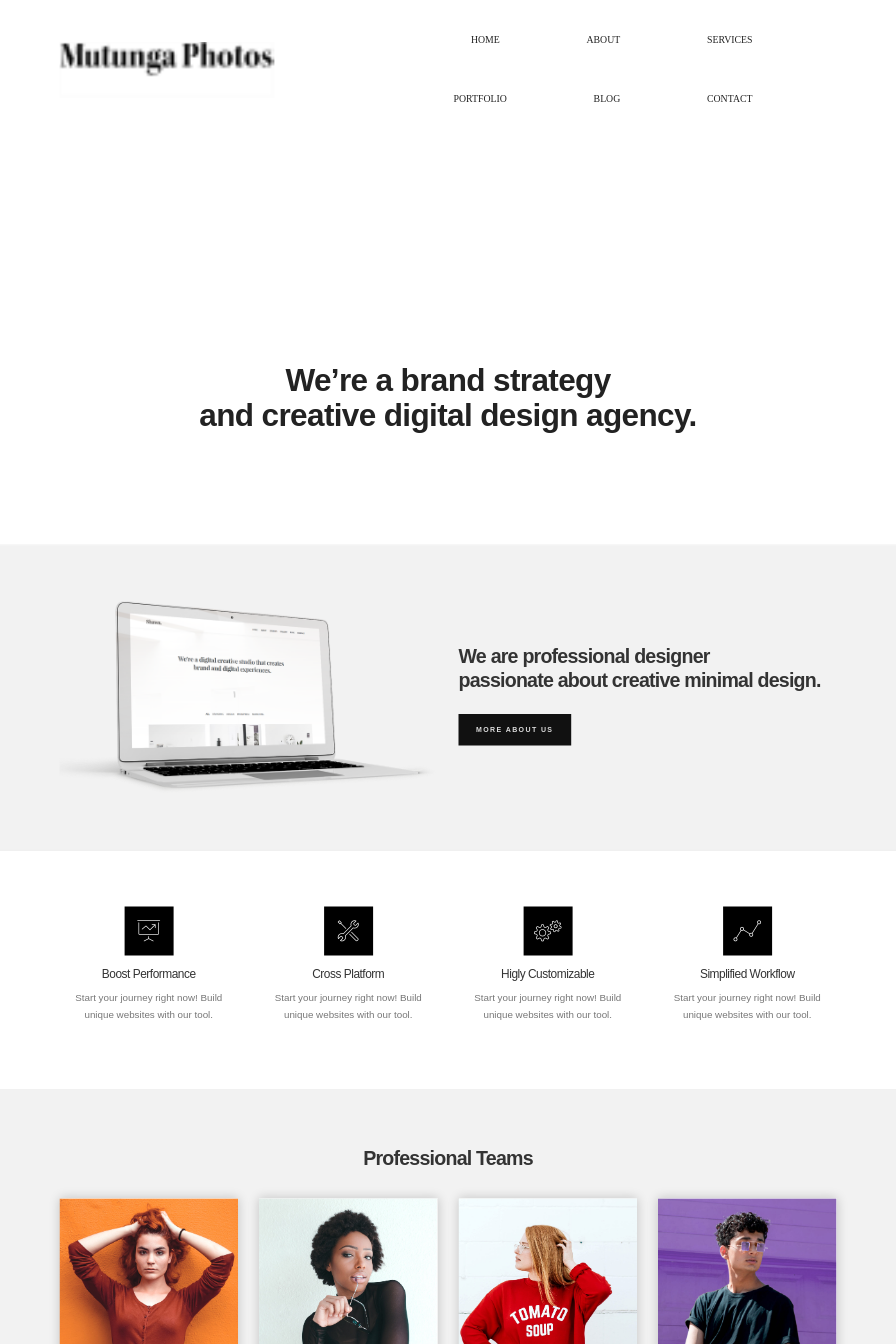
Repository: Jonar254/mutunga-concept-01
Page: about.html
An editor plug-in stored every save of this project. The page is shown before and after the next save, followed by the edit.
The browser window is 1280 px wide. The pictures show the part of the page from y = 0 to 1920 px (the page is 3455 px tall before and 3405 px after), at 70% of full size.
Some web fonts or font styles are not loaded; a fallback is used.

Above is the page before, as saved 2024-07-02 18:39:47.

### about.html
<!doctype html>
<!--[if lt IE 7]>      <html class="no-js lt-ie9 lt-ie8 lt-ie7" lang=""> <![endif]-->
<!--[if IE 7]>         <html class="no-js lt-ie9 lt-ie8" lang=""> <![endif]-->
<!--[if IE 8]>         <html class="no-js lt-ie9" lang=""> <![endif]-->
<!--[if gt IE 8]><!--> <html class="no-js" lang="en"> <!--<![endif]-->

<!-- Mirrored from html.dynamiclayers.net/it/stela/about.html by HTTrack Website Copier/3.x [XR&CO'2014], Sun, 30 Jun 2024 17:14:58 GMT -->
<head>
        <meta charset="utf-8">
        <meta name="viewport" content="width=device-width, initial-scale=1">
		<meta name="description" content="">
        <meta name="author" content="IconicThemes">

        <title>Stela || minimal portfolio template</title>

		<link rel="shortcut icon" type="image/x-icon" href="img/favicon.png">

        <!-- Font Awesome Icons CSS -->
        <link rel="stylesheet" href="css/font-awesome.min.css">
        <!-- Themify Icons CSS -->
        <link rel="stylesheet" href="css/themify-icons.css">
        <!-- Elegant Font Icons CSS -->
        <link rel="stylesheet" href="css/elegant-font-icons.css">
        <!-- Elegant Line Icons CSS -->
        <link rel="stylesheet" href="css/elegant-line-icons.css">
        <!-- Animate Min CSS -->
        <link rel="stylesheet" href="css/animate.min.css">
		<!-- Bootstrap CSS -->
        <link rel="stylesheet" href="css/bootstrap.min.css">
		<!-- Venobox CSS -->
        <link rel="stylesheet" href="css/venobox/venobox.css">
		<!-- OWL-Carousel CSS -->
        <link rel="stylesheet" href="css/owl.carousel.css">
        <!-- Slick Nav CSS -->
        <link rel="stylesheet" href="css/slicknav.min.css">
		<!-- Main CSS -->
        <link rel="stylesheet" href="css/main.css">
		<!-- Responsive CSS -->
        <link rel="stylesheet" href="css/responsive.css">

        <script src="js/vendor/modernizr-2.8.3-respond-1.4.2.min.js"></script>
    </head>
    <body>
        <!--[if lt IE 8]>
            <p class="browserupgrade">You are using an <strong>outdated</strong> browser. Please <a href="http://browsehappy.com/">upgrade your browser</a> to improve your experience.</p>
        <![endif]-->

        <div class="site-preloader-wrap">
            <div class="spinner"></div>
        </div><!-- Preloader -->

        <header id="header" class="header-section">
            <div class="container">
                <div class="row d-flex align-items-center">
                    <div class="col-md-4">
                        <div class="site-branding">
                            <a href="#"><img src="img/logo.png" alt="Brand"></a>
                        </div>
                    </div>
                    <div class="col-md-8  text-right">
                        <ul id="mainmenu" class="nav navbar-nav nav-menu">
                            <li class="active"> <a href="index.html">Home</a></li>
                            <li><a href="about.html">About</a></li>
                            <li><a href="services.html">Services</a></li>
                            <li><a href="portfolio.html">Portfolio</a></li>
                            <li><a href="blog.html">Blog</a>
                                <ul>
                                   <li><a href="blog-single.html">Blog Single</a></li>
                                </ul>
                            </li>
                            <li> <a href="contact.html">Contact</a></li>
                        </ul>
                    </div>
                </div>
            </div>
        </header><!-- /Header Section -->

        <div class="header-height"></div>

        <section class="page-header bd-bottom padding">
            <div class="container">
                <div class="page-content text-center">
                    <h1>We’re a brand strategy <br> and creative digital design agency.</h1>
                </div>
            </div>
        </section><!-- /page-header -->

        <section class="about-section bg-grey bd-bottom padding">
            <div class="container">
                <div class="about-wrap row">
                    <div class="col-lg-6 sm-padding">
                        <img src="img/laptop.png" alt="img">
                    </div>
                    <div class="col-lg-6 sm-padding">
                        <div class="about-content">
                            <h2>We are professional designer<br> passionate about creative minimal design.</h2>
                            <p></p>
                            <a href="#" class="default-btn">More About Us</a>
                        </div>
                    </div>
                </div>
            </div>
        </section><!-- /about-section -->

        <section class="service-section bd-bottom padding">
            <div class="container">
                <div class="row service-wrap">
                    <div class="col-lg-3 col-sm-6 sm-padding">
                        <div class="service-content text-center">
                            <i class="icon-presentation"></i>
                            <h3>Boost Performance</h3>
                            <p>Start your journey right now! Build unique websites with our tool.</p>
                        </div>
                    </div>
                    <div class="col-lg-3 col-sm-6 sm-padding">
                        <div class="service-content text-center">
                            <i class="icon-tools-2"></i>
                            <h3>Cross Platform</h3>
                            <p>Start your journey right now! Build unique websites with our tool.</p>
                        </div>
                    </div>
                    <div class="col-lg-3 col-sm-6 sm-padding">
                        <div class="service-content text-center">
                            <i class="icon-gears"></i>
                            <h3>Higly Customizable</h3>
                            <p>Start your journey right now! Build unique websites with our tool.</p>
                        </div>
                    </div>
                    <div class="col-lg-3 col-sm-6 sm-padding">
                        <div class="service-content text-center">
                            <i class="icon-linegraph"></i>
                            <h3>Simplified Workflow</h3>
                            <p>Start your journey right now! Build unique websites with our tool.</p>
                        </div>
                    </div>
                </div>
            </div>
        </section><!-- /service-section -->

        <section class="team-section bg-grey bd-bottom padding">
            <div class="container">
                <div class="section-heading mb-40 text-center">
                    <h2>Professional Teams</h2>
                </div>
                <div class="row team-wrap">
                    <div class="col-lg-3 col-sm-6 sm-padding">
                        <div class="team-box">
                            <img src="img/team-1.jpg" alt="img">
                            <div class="team-content">
                                <h3>Angelona Rose <span>Envato Inc</span></h3>
                            </div>
                        </div>
                    </div>
                    <div class="col-lg-3 col-sm-6 sm-padding">
                        <div class="team-box">
                            <img src="img/team-2.jpg" alt="img">
                            <div class="team-content">
                                <h3>Veera Pamela <span>Google Inc</span></h3>
                            </div>
                        </div>
                    </div>
                    <div class="col-lg-3 col-sm-6 sm-padding">
                        <div class="team-box">
                            <img src="img/team-3.jpg" alt="img">
                            <div class="team-content">
                                <h3>Any Jakson <span>Behance Inc</span></h3>
                            </div>
                        </div>
                    </div>
                    <div class="col-lg-3 col-sm-6 sm-padding">
                        <div class="team-box">
                            <img src="img/team-4.jpg" alt="img">
                            <div class="team-content">
                                <h3>Michel Brown <span>Facebook Inc</span></h3>
                            </div>
                        </div>
                    </div>
                </div>
            </div>
        </section><!-- /team-section -->

        <section class="testimonial-section bd-bottom padding">
            <div class="container">
                <div id="testimonial-carousel" class="testimonial-carousel owl-carousel">
                    <div class="testi-item text-center">
                        <i class="fa fa-quote-left"></i>
                        <p>"The design is beautiful, elegant and minimal. The customer service was amazing, asked for a <br>404 page and they provided me one free of charge. "</p>
                        <h4>Michel Brown <span>Envato Inc</span></h4>
                    </div>
                    <div class="testi-item text-center">
                        <i class="fa fa-quote-left"></i>
                        <p>"The design is beautiful, elegant and minimal. The customer service was amazing, asked for a <br>404 page and they provided me one free of charge. "</p>
                        <h4>Michel Brown <span>Envato Inc</span></h4>
                    </div>
                </div>
            </div>
        </section><!-- /testimonial-section -->

        <section class="cta-section bg-grey padding">
            <div class="container">
                <div class="cta-content text-center">
                    <h2>Whatever your needs, we're <br> looking forward to hearing from you</h2>
                    <a href="#" class="default-btn">Request a Quote</a>
                </div>
            </div>
        </section><!-- /cta-section -->

        <section class="footer-widget-section padding">
            <div class="container">
                <div class="row">
                    <div class="col-md-4 col-sm-6 xs-padding">
                        <div class="footer-widget">
                            <h2 class="text-white">Stela.</h2>
                            <div class="sep"></div>
                            <p class="mb-0">Stela will help you to make any website like creative startups, professional photographer, portfolio agency or other business very easily as it has been coded in Bootstrap and CSS3.</p>
                        </div>
                    </div>
                    <div class="col-md-4 col-sm-6 xs-padding">
                        <div class="footer-widget">
                            <ul class="address">
                                <li><i class="fa fa-phone"></i> <a href="mailto:+12345678905">+1234 567 8905</a></li>
                                <li><i class="fa fa-envelope-o"></i> <a href="mailto:email@yourdomain.com">email@yourdomain.com</a></li>
                                <li><i class="fa fa-map-marker"></i> 60 Grand Avenue. Central New Road 0708, USA</li>
                            </ul>
                            <ul class="social-icon">
                                <li class="facebook"><a href="#"><i class="fa fa-facebook"></i></a></li>
                                <li class="twitter"><a href="#"><i class="fa fa-twitter"></i></a></li>
                                <li class="instagram"><a href="#"><i class="fa fa-instagram"></i></a></li>
                                <li class="pinterest"><a href="#"><i class="fa fa-pinterest"></i></a></li>
                                <li class="dribbble"><a href="#"><i class="fa fa-dribbble"></i></a></li>
                            </ul>
                        </div>
                    </div>
                    <div class="col-md-4 col-sm-6 xs-padding">
                        <div class="footer-widget">
                            <h2 class="text-white">About me.</h2>
                            <div class="sep"></div>
                            <p class="mb-0">I believe that every client Business more management is a holistic management approach focused on aligning all aspects organization with the wants and needs of clients.</p>
                        </div>
                    </div>
                </div>
            </div>
        </section><!-- /.footer-widget-section -->

        <footer class="copyright-text text-center">
            <div class="container">
                <p>&copy; 2018 Stela By IconicThemes</p>
            </div>
        </footer><!-- /.copyright-text -->

		<a data-scroll href="#header" id="scroll-to-top"><i class="arrow_up"></i></a>

		<!-- jQuery Lib -->
		<script src="js/vendor/jquery-1.12.4.min.js"></script>
		<!-- Bootstrap JS -->
		<script src="js/vendor/bootstrap.min.js"></script>
		<!-- Tether JS -->
		<script src="js/vendor/tether.min.js"></script>
        <!-- Imagesloaded JS -->
        <script src="js/vendor/imagesloaded.pkgd.min.js"></script>
		<!-- OWL-Carousel JS -->
		<script src="js/vendor/owl.carousel.min.js"></script>
		<!-- isotope JS -->
		<script src="js/vendor/jquery.isotope.v3.0.2.js"></script>
		<!-- Smooth Scroll JS -->
		<script src="js/vendor/smooth-scroll.min.js"></script>
		<!-- venobox JS -->
		<script src="js/vendor/venobox.min.js"></script>
        <!-- Slick Nav JS -->
        <script src="js/vendor/jquery.slicknav.min.js"></script>
        <!-- Wow JS -->
		<script src="js/vendor/wow.min.js"></script>
		<!-- Contact JS -->
		<script src="js/contact.js"></script>
		<!-- Main JS -->
		<script src="js/main.js"></script>

    </body>

<!-- Mirrored from html.dynamiclayers.net/it/stela/about.html by HTTrack Website Copier/3.x [XR&CO'2014], Sun, 30 Jun 2024 17:15:01 GMT -->
</html>

### css/responsive.css
/* Charitify Theme Responsive Design */

@media (max-width: 1024px) {
   .skill-content {
    padding: 29px 20px;
}

/* ---- Start of max-width 992px CSS ---- */
@media (max-width: 992px) {
    .sm-padding{
        padding: 15px;
    }
    ul.nav > li > a {
        font-size: 10px;
        padding: 0 5px;
    }
    .blog-content p{
        font-size: 12px;
    }
    .blog-items{
        padding: 0 10px;
    }
    .list-items .blog-post .col-md-6:first-child{
        padding-left: 15px;
    }
    .bottom-header .default-btn{
        display: none;
    }
    #mainmenu li{
        padding-left: 15px;
    }
    .hero-content h1{
        font-size: 36px;
    }
    .about-bg {
        margin-bottom: 30px;
    }
    .comments-list .comment-box {
        width: 80%;
    }
    .reply-list .comment-box{
        width: 80%;
    }
    .social-icon li{
        margin-bottom: 10px;
    }

}
/* ---- End of max-width 992px CSS ---- */


/* ---- Start of min-width 480px and max-width 768px CSS ---- */
@media all and (min-width: 480px) and (max-width: 768px) {

}
/* ---- End of min-width 480px and max-width 768px CSS ---- */


/* ---- Start of max-width 767px CSS ---- */
@media all and (max-width: 767px) {
    body, p{
        font-size: 12px;
        line-height: 22px;
    }
    h1{
        font-size: 30px;
        line-height: 40px;
    }
    h2 br,
    h1 br{
        display: none;
    }
    h2{
        font-size: 20px;
    }
    h3{
        font-size: 16px;
    }
    p br{
        display: none;
    }
    .hero-section,
    .page-header.
    .padding{
        padding: 60px 0;
    }
    .portfolio-section{ padding-top: 0; }
    .xs-padding{
    	padding: 15px;
    }
    .site-branding {
        padding: 17px 0;
    }
    .js #mainmenu {
        display:none;
    }
    .js .slicknav_menu {
        display:block;
    }
    .main-header .social-icon{
        display: none;
    }
    #scroll-to-top {
        width: 35px;
        height: 35px;
        font-size: 10px;
        line-height: 35px;
        bottom: 20px;
        right: 20px;
    }
}
/* ---- End of max-width 767px CSS ---- */


/* ---- Start of max-width 580px CSS ---- */
@media all and (max-width: 580px) {
    .coment-form .form-group .col-sm-4{
        margin-bottom: 15px;
        margin-top: auto;
    }
    .comment-form .form-group .col-sm-4:nth-child(1),
    .comment-form .form-group .col-sm-4:nth-child(2){
        margin-bottom: 15px;
    }
    .slider-text h1{
        font-size: 16px;
    }
    .slider-text p{
        display: none;
    }
    .top-content-wrap ul li{
        margin-right: 18px;
    }
    .reply-list {
        padding-left: 20px;
    }

}
/* ---- End of max-width 580px CSS ---- */


/* ---- Start of max-width 420px CSS ---- */
@media all and (max-width: 420px) {

}
/* ---- End of max-width 420px CSS ---- */


/* ---- Start of max-width 380px CSS ---- */
@media all and (max-width: 380px) {
	.slider_content .btn_group a {
        margin: 0 10px 10px 0;
    }
}
/* ---- End of max-width 380px CSS ---- */

Loaded but not shown: css/font-awesome.min.css (library); css/themify-icons.css (library); css/animate.min.css (library); css/bootstrap.min.css (library); css/venobox/venobox.css (common file); css/owl.carousel.css (library); css/slicknav.min.css (common file); js/vendor/modernizr-2.8.3-respond-1.4.2.min.js (library); js/vendor/jquery-1.12.4.min.js (library); js/vendor/bootstrap.min.js (library); js/vendor/tether.min.js (library); js/vendor/imagesloaded.pkgd.min.js (library); js/vendor/owl.carousel.min.js (library); js/vendor/jquery.isotope.v3.0.2.js (library); js/vendor/smooth-scroll.min.js (library); js/vendor/venobox.min.js (library); js/vendor/jquery.slicknav.min.js (library); js/vendor/wow.min.js (library); js/main.js (164 lines, source omitted); js/contact.js (49 lines, source omitted); css/main.css (1443 lines, source omitted); css/elegant-font-icons.css (1157 lines, source omitted); css/elegant-line-icons.css (343 lines, source omitted)

After the next save:
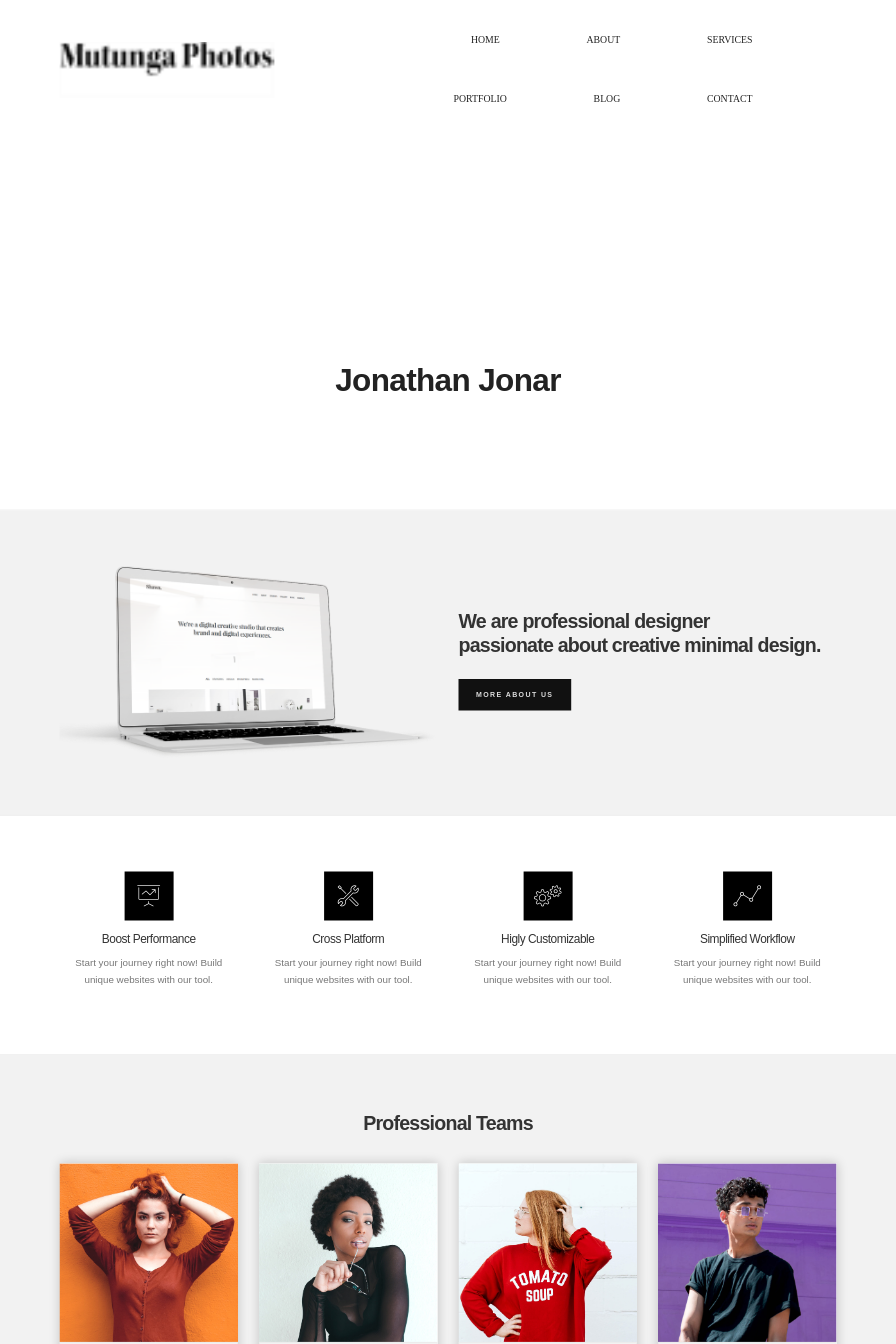
Saved 16 s later.
--- a/about.html
+++ b/about.html
@@ -80,7 +80,7 @@
         <section class="page-header bd-bottom padding">
             <div class="container">
                 <div class="page-content text-center">
-                    <h1>We’re a brand strategy <br> and creative digital design agency.</h1>
+                    <h1>Jonathan Jonar</h1>
                 </div>
             </div>
         </section><!-- /page-header -->

After the save that followed:
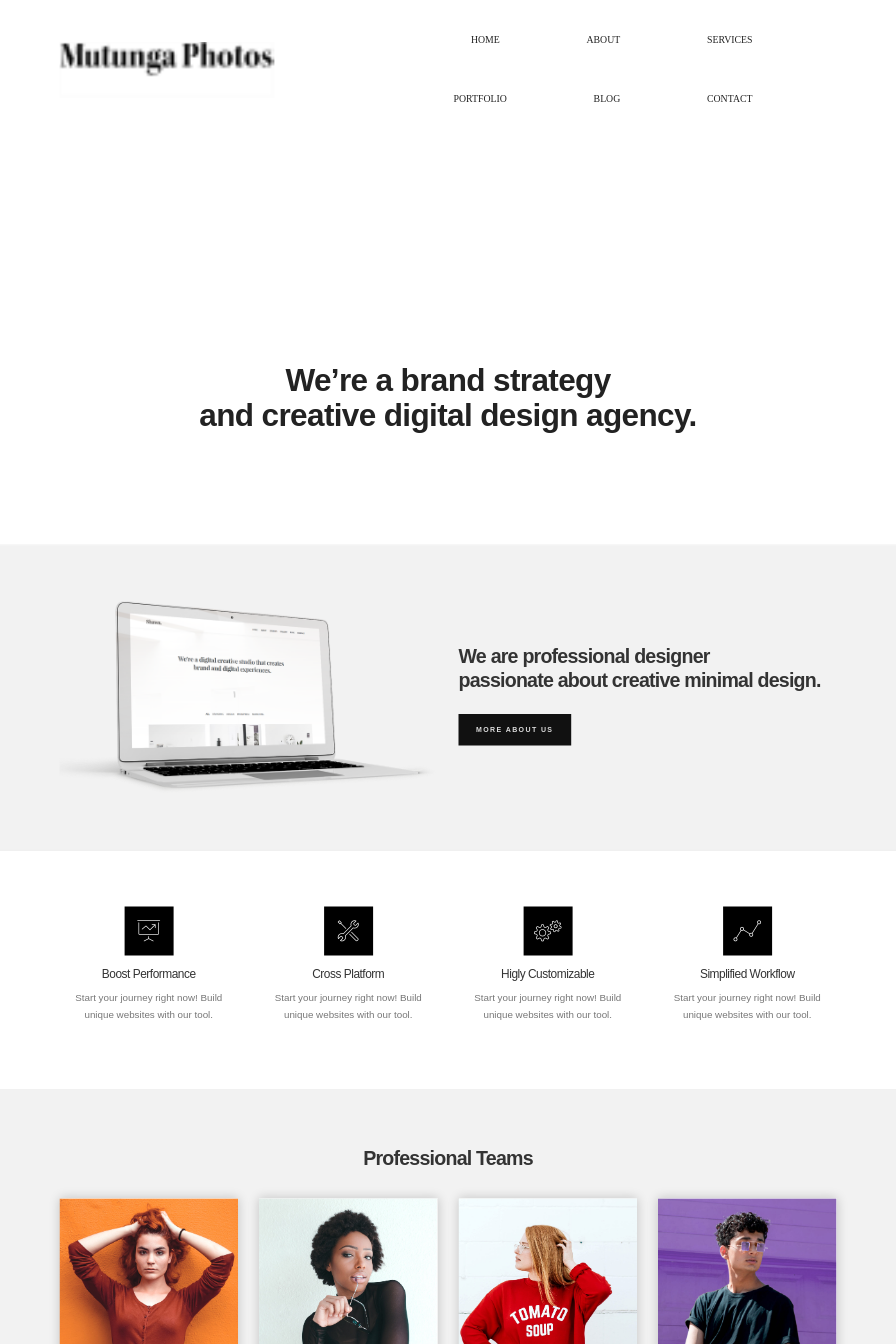
Saved 25 s later.
--- a/about.html
+++ b/about.html
@@ -80,7 +80,7 @@
         <section class="page-header bd-bottom padding">
             <div class="container">
                 <div class="page-content text-center">
-                    <h1>Jonathan Jonar</h1>
+                    <h1>We’re a brand strategy <br> and creative digital design agency.</h1>
                 </div>
             </div>
         </section><!-- /page-header -->
